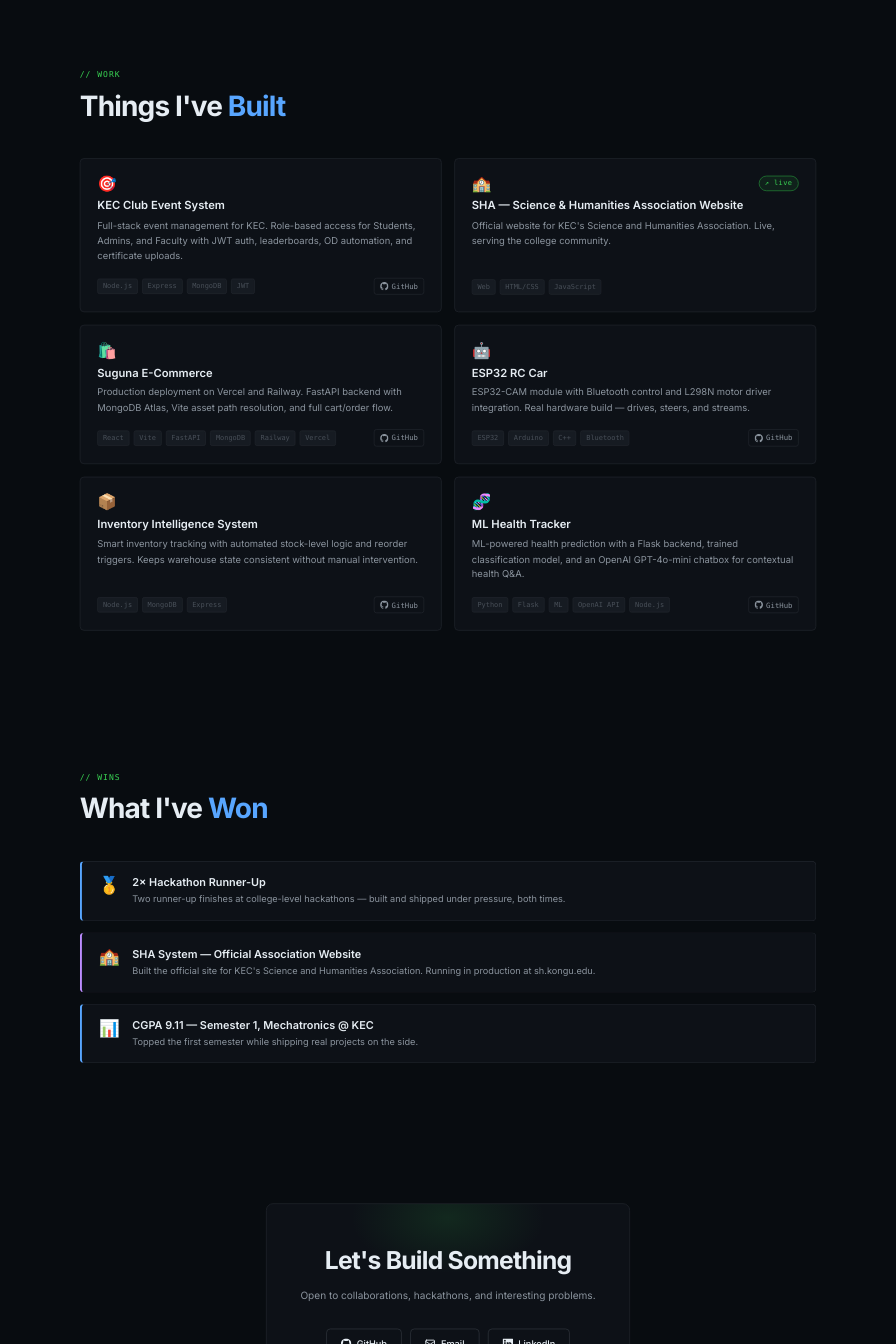
Repository: vipinsamy-sys/viping
Page: /
The author's editor kept a copy of each file at every save. The page is drawn from the files as they stood at one save, then again after a run of saves.
The browser window is 1280 px wide. The pictures show the part of the page from y = 2010 to 3930 px (the page is 4178 px tall before and 4157 px after), at 70% of full size.
The project was rebuilt for these pictures with package versions that can differ from the ones it lists, and the page was loaded fresh each time. Also part of the build but not shown: vite.config.js.

Above is the page before, as saved 2026-06-26 07:20:10.

After the next 2 saves:
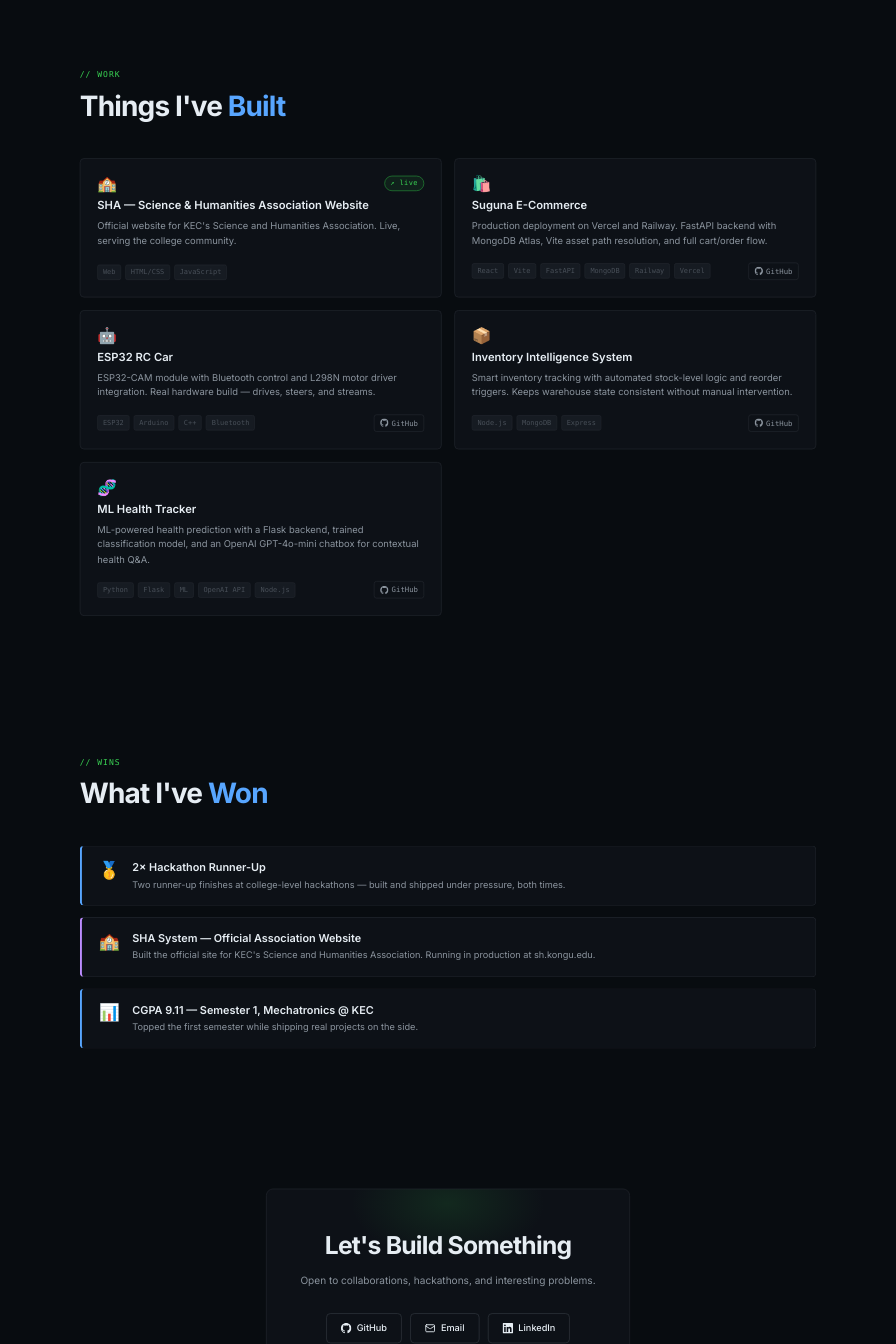
The 2 saves are shown as one change because they came seconds apart.
The last was saved 20 s later.
--- a/src/components/Projects.jsx
+++ b/src/components/Projects.jsx
@@ -20,14 +20,6 @@ const ExternalIcon = () => (
 );
 
 const PROJECTS = [
-  {
-    icon: '🎯',
-    accent: 'green',
-    name: 'KEC Club Event System',
-    desc: 'Full-stack event management for KEC. Role-based access for Students, Admins, and Faculty with JWT auth, leaderboards, OD automation, and certificate uploads.',
-    tags: ['Node.js', 'Express', 'MongoDB', 'JWT'],
-    github: 'https://github.com/vipinsamy-sys',
-  },
   {
     icon: '🏫',
     accent: 'blue',
